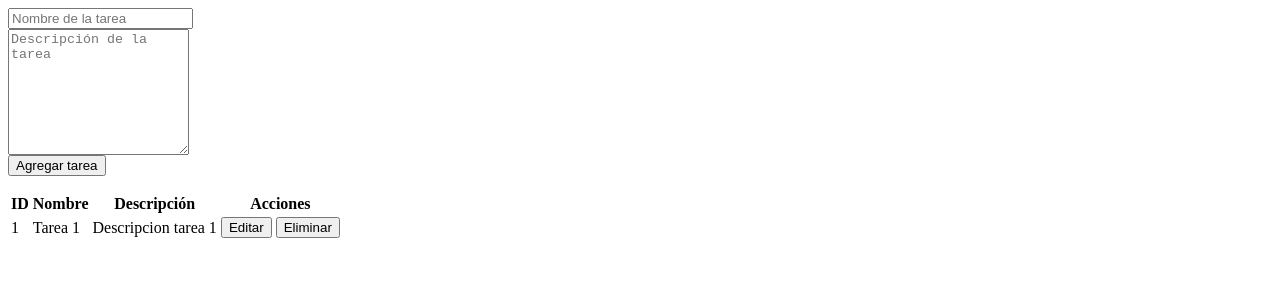
Repository: Rafa-x64/App-de-Tareas-con-AJAX
Page: http://localhost/DEV/src/view/dashboard-view.php
An editor plug-in stored every save of this project. The page is shown before and after a run of saves, followed by the edit.
The browser window is 1280 px wide. The pictures show the whole page.
The page is run by PHP 8.4 with error messages shown; the project is at /var/www/html/.

Above is the page before, as saved 2025-08-30 22:20:48.

### src/view/dashboard-view.php
<?php

session_start();


?>

<section class="container-fluid mt-4">
    <div class="row">
        <div class="col-5">
            <div class="card">
                <div class="card-body">
                    <form id="formulario_tareas">
                        <div class="form-group">
                            <input type="text" id="nombre_tarea" class="form-control" placeholder="Nombre de la tarea">
                        </div>
                        <div class="form-group mt-3">
                            <textarea rows="8" id="descripcion_tarea" class="form-control" placeholder="Descripción de la tarea"></textarea>
                        </div>
                        <div class="col-12">
                            <button type="submit" class="btn btn-primary mt-3 w-100">Agregar tarea</button>
                        </div>
                    </form>
                </div>
            </div>
        </div>
        <div class="col-7">
            <table class="table table-striped table-bordered table-hover" id="tabla_tareas">
                <thead class="thead-dark">
                    <tr>
                        <th>
                            ID
                        </th>
                        <th>
                            Nombre
                        </th>
                        <th>
                            Descripción
                        </th>
                        <th>
                            Acciones
                        </th>
                    </tr>
                </thead>
                <tbody id="tareas">
                    <tr>
                        <td>
                            1
                        </td>
                        <td>
                            Tarea 1
                        </td>
                        <td>
                            Descripcion tarea 1
                        </td>
                        <td>
                            <button class="btn btn-sm btn-primary">Editar</button>
                            <button class="btn btn-sm btn-danger">Eliminar</button>
                        </td>
                    </tr>
                </tbody>
            </table>
        </div>
    </div>
</section>

<script type="module" src="view/js/dashboard.js"></script>

### src/index.php
<?php

include("config/APP.php");
include("config/SERVER.php");
include("php/model/main_model.php");
include("php/model/vista_model.php");
include("php/controller/vista_controller.php");

$mostrar = new vista_controller();
$mostrar->cargarVista();

### src/config/APP.php
<?php

const SERVERURL = "https://localhost/DEV/PHP/Donee/src/";

const APPNAME = "Donee";

?>

### src/config/SERVER.php
<?php

const SGBD = "mysql:host=localhost;dbname=donee";

const USUARIO = "root";

const CONTRASEÑA = "";

const METHOD = "AES-256-CBC";

const CLAVE = "MiClaveUltraSecretaDe32CaracteresExactos";

const IV = "1234567891234567";

?>

### src/php/model/main_model.php
<?php

include_once(__DIR__ . "/../../config/APP.php");
include_once(__DIR__ . "/../../config/SERVER.php");

class main_model
{

    public static function conectarBD()
    {

        try {
            $con = new PDO(SGBD, USUARIO, CONTRASEÑA, [
                PDO::ATTR_ERRMODE => PDO::ERRMODE_EXCEPTION,
                PDO::ATTR_DEFAULT_FETCH_MODE => PDO::FETCH_ASSOC,
                PDO::ATTR_EMULATE_PREPARES => false
            ]);
            return $con;
        } catch (PDOException $e) {
            error_log("Error de conexion: " . $e->getMessage());
            return false;
        };
    }

    public static function hashearContraseña($contraseña){
        return password_hash($contraseña, PASSWORD_DEFAULT);
    }

    public static function verificarContraseña($contraseña, $contraseñaHasheada){
        return password_verify($contraseña, $contraseñaHasheada);
    }
}

### src/php/model/vista_model.php
<?php

class vista_model
{

    protected static function obtenerVista($pagina)
    {

        $paginasExistentes = ["404", "inicio", "dashboard", "registro"];

        if (!in_array($pagina, $paginasExistentes)) {
            return "404-view.php";
            exit;
        }

        return $pagina . "-view.php";
    }
}

### src/php/controller/vista_controller.php
<?php

class vista_controller extends vista_model
{
    static function cargarVista()
    {
        if (isset($_GET["page"])) {
            $vista = self::obtenerVista($_GET["page"]);
        } else {
            $vista = "inicio-view.php";
        }

        require("view/template/plantilla.php");
    }
}

### src/view/template/plantilla.php
<?php

if ($vista == "inicio-view.php" || $vista == "registro-view.php") {
    include("./php/includes/head.php");
    include("./php/includes/header.php");
    include("./view/" . $vista);
    include("./php/includes/scripts.html");
} else if ($vista == "dashboard-view.php") {
    include("./php/includes/head.php");
    include("./php/includes/header_dashboard.php");
    include("./view/" . $vista);
    include("./php/includes/scripts.html");
}


//hacer un array de vistas que no llevan ciertos componentes
//si no estan en el array cargar solo la vista, de lo contrario cargar el include necesario y la vista

After the next 7 saves:
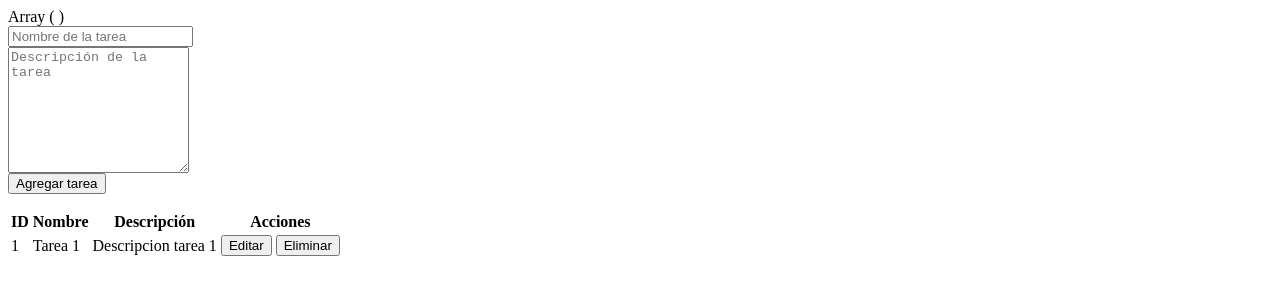
The 7 saves are shown as one change because they came seconds apart.
The last was saved 14 s later.
--- a/src/view/dashboard-view.php
+++ b/src/view/dashboard-view.php
@@ -1,7 +1,7 @@
 <?php
 
 session_start();
-
+print_r($_SESSION);
 
 ?>
 

After the save that followed:
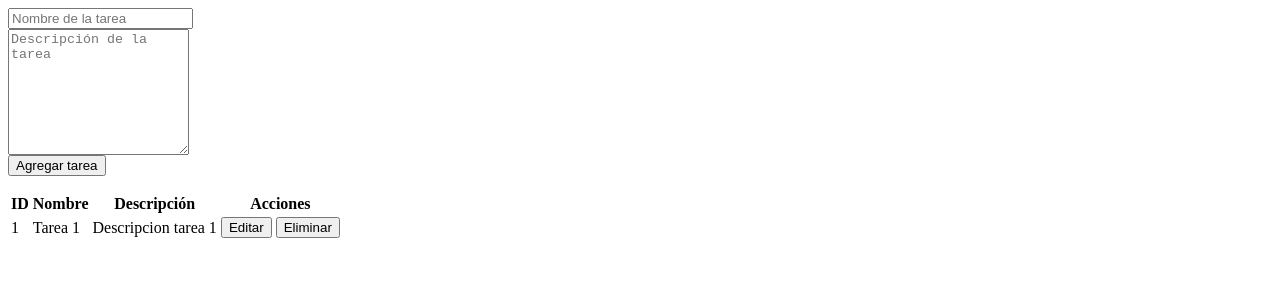
Saved 43 s later.
--- a/src/view/dashboard-view.php
+++ b/src/view/dashboard-view.php
@@ -1,10 +1,3 @@
-<?php
-
-session_start();
-print_r($_SESSION);
-
-?>
-
 <section class="container-fluid mt-4">
     <div class="row">
         <div class="col-5">
